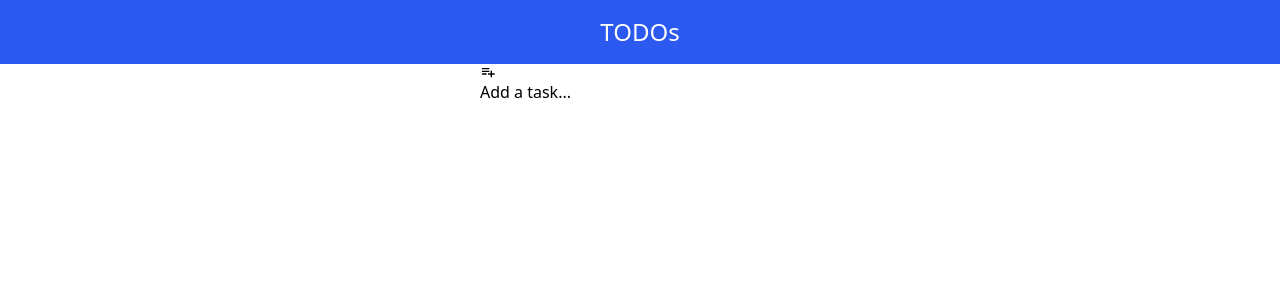
Repository: Jay-JYKim91/wanted-pre-onboarding-challenge-fe-1
Page: /
The author's editor kept a copy of each file at every save. The page is drawn from the files as they stood at one save, then again after the next save.
The browser window is 1280 px wide. The pictures show the whole page.
The project was rebuilt for these pictures with package versions that can differ from the ones it lists, and the page was loaded fresh each time. Also part of the build but not shown: src/page/Auth.tsx.

Above is the page before, as saved 2022-08-01 22:12:35.

### src/index.tsx
import React from "react"
import ReactDOM from "react-dom/client"
import "./index.css"
import App from "./App"
import { BrowserRouter } from "react-router-dom"

const root = ReactDOM.createRoot(document.getElementById("root") as HTMLElement)
root.render(
  <React.StrictMode>
    <BrowserRouter>
      <App />
    </BrowserRouter>
  </React.StrictMode>
)

### src/App.tsx
import React, { useEffect } from "react"
import { Route, Routes, useNavigate } from "react-router-dom"
import Auth from "./page/Auth"
import Main from "./page/Main"

function App() {
  const navigate = useNavigate()

  useEffect(() => {
    const userToken = window.localStorage.getItem("userToken")
    if (userToken === "") {
      window.alert("Please login first.")
      navigate("/auth")
    }
  }, [])

  return (
    <div className="App">
      <header className="bg-primary-900 text-white text-center py-4 text-2xl">
        <span>TODOs</span>
      </header>
      <Routes>
        <Route path="/" element={<Main />} />
        <Route path="/auth" element={<Auth />} />
      </Routes>
    </div>
  )
}

export default App

### src/page/Main.tsx
import React from "react"
import { MdPlaylistAdd } from "react-icons/md"

function Main() {
  return (
    <div className="max-w-xs m-auto">
      <button type="button">
        <MdPlaylistAdd />
        Add a task...
      </button>
    </div>
  )
}

export default Main

### tailwind.config.js
/** @type {import('tailwindcss').Config} */
module.exports = {
  content: [
    "./src/**/*.{js,jsx,ts,tsx}",
  ],
  theme: {
    extend: {
      colors: {
        'primary': {
          100: '#47dfbc',
          500: '#428afe',
          900: '#2c5af1',
        }
      },
    },
  },
  plugins: [],
}

Loaded but not shown: public/index.html (common file); src/index.css (common file)

After the next save:
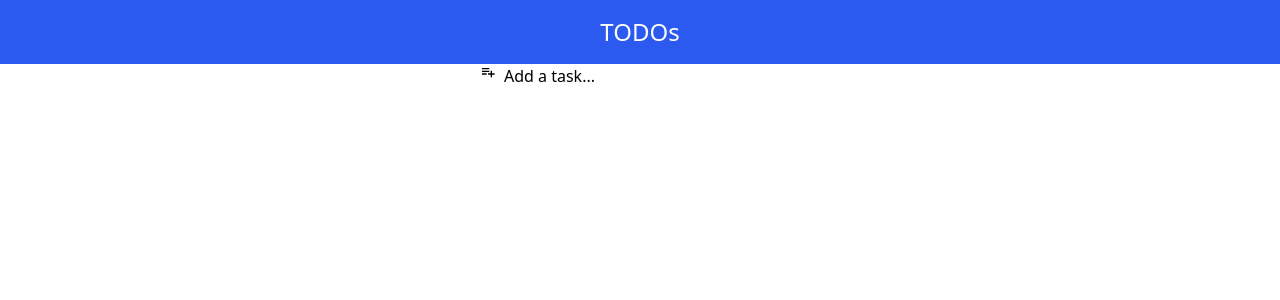
Saved 25 s later.
--- a/src/page/Main.tsx
+++ b/src/page/Main.tsx
@@ -4,9 +4,9 @@ import { MdPlaylistAdd } from "react-icons/md"
 function Main() {
   return (
     <div className="max-w-xs m-auto">
-      <button type="button">
-        <MdPlaylistAdd />
-        Add a task...
+      <button type="button" className="flex">
+        <MdPlaylistAdd className="mr-2" />
+        <span>Add a task...</span>
       </button>
     </div>
   )
